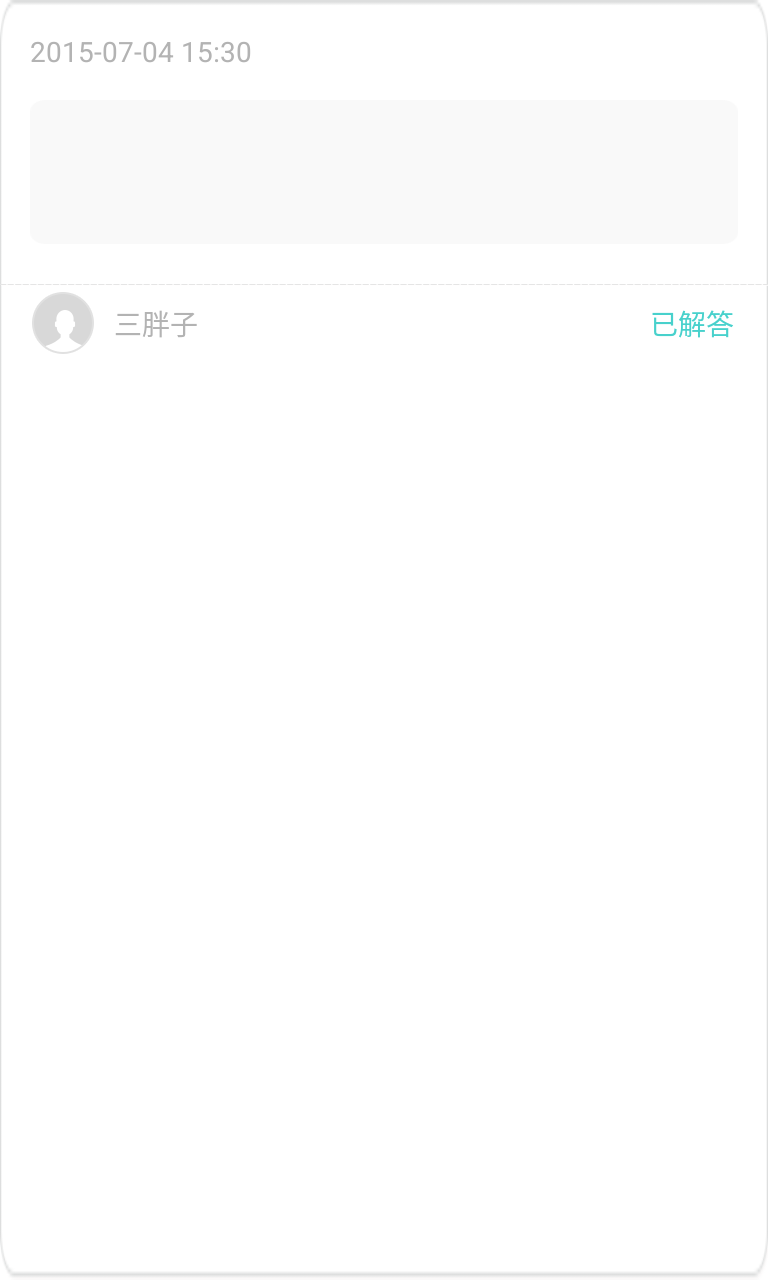
Repository: 2015-Forever/JWD
Layout: Jwd/res/layout/item_collect.xml
The author's editor kept a copy of each file at every save. The layout is drawn from the files as they stood at one save, then again after the next save.
It is drawn on a 768 x 1280 px phone screen (xhdpi) without system bars, with theme AppTheme; the app's code is not run.

Above is the layout before, as saved 2015-07-16 03:45:07.

After the next save:
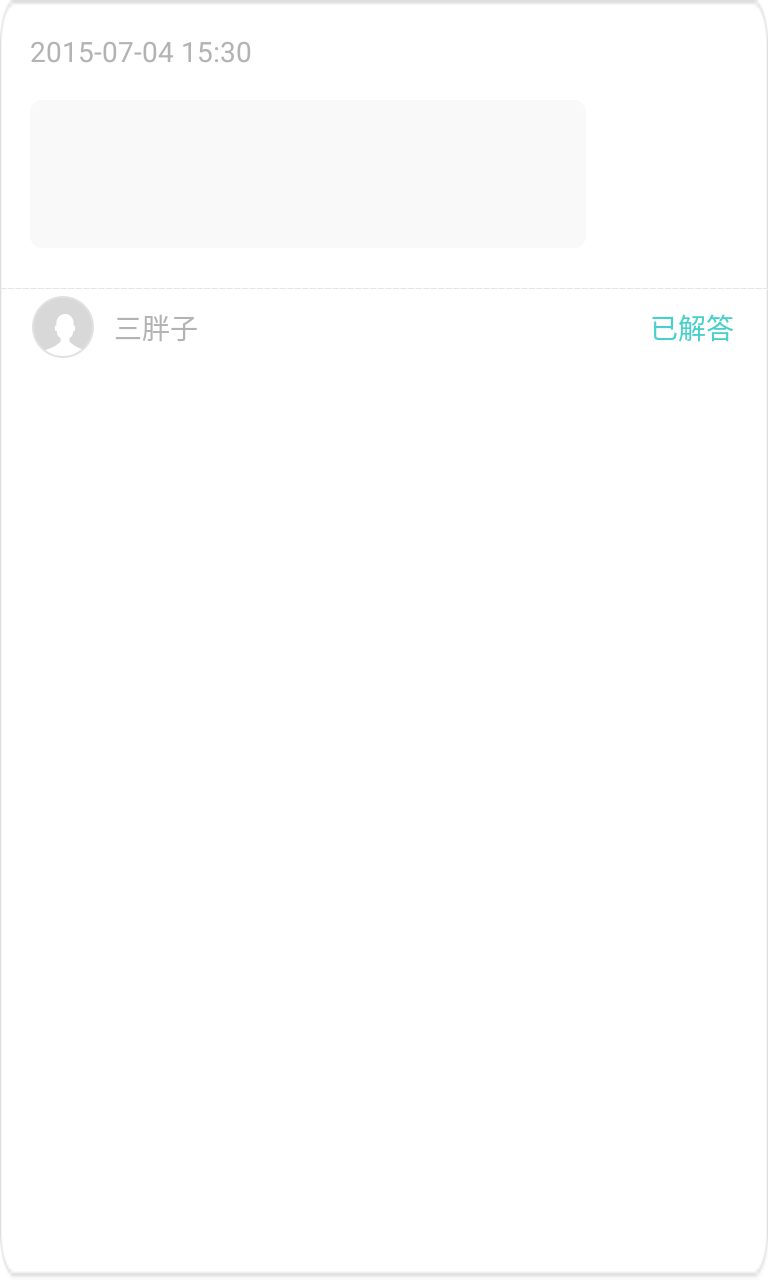
Saved 101 s later.
--- a/Jwd/res/layout/item_collect.xml
+++ b/Jwd/res/layout/item_collect.xml
@@ -15,8 +15,8 @@
 
     <ImageView
         android:id="@+id/main_iv"
-        android:layout_width="match_parent"
-        android:layout_height="wrap_content"
+        android:layout_width="278dp"
+        android:layout_height="74dp"
         android:layout_below="@id/time_tv"
         android:layout_marginLeft="15dp"
         android:layout_marginRight="15dp"
